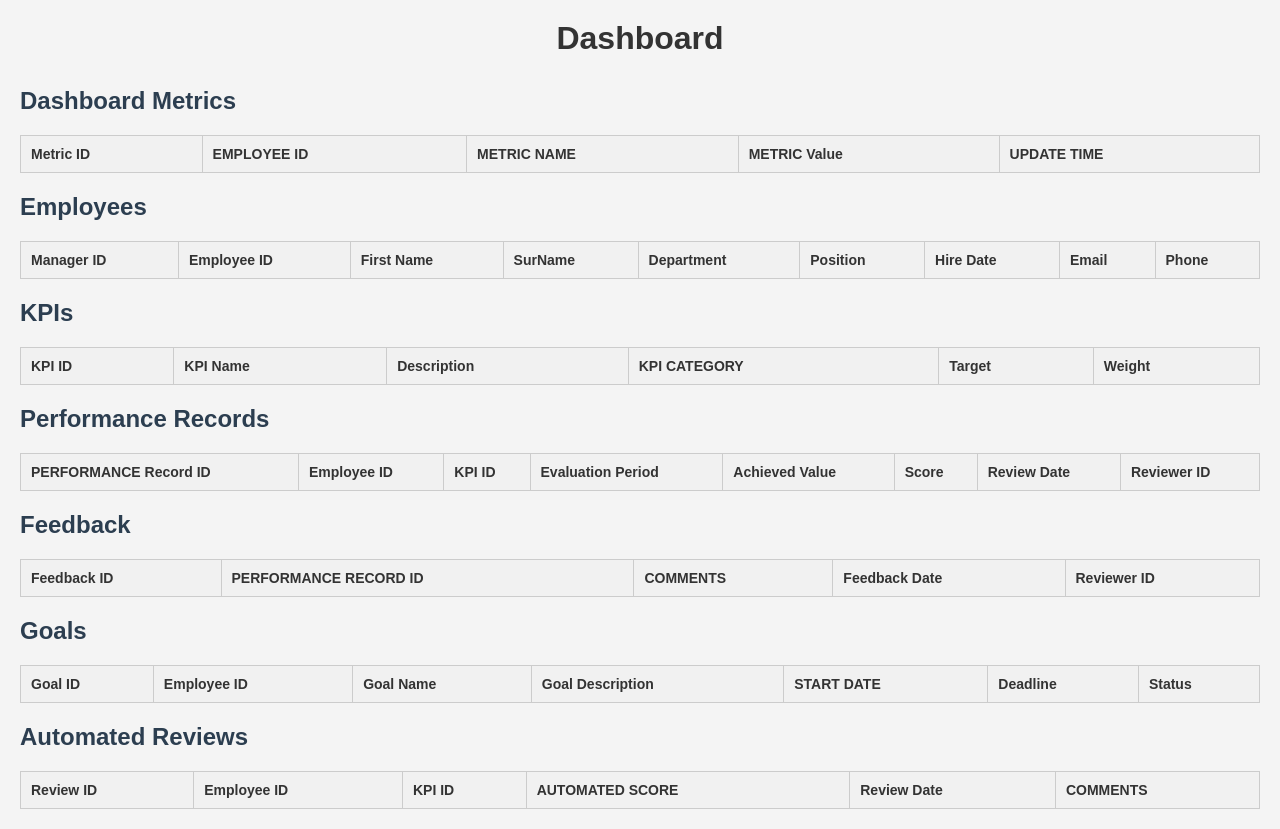
Repository: Wuda2000/Mongodb
Page: http://localhost/dashboard
These files come from the project's save history. The page is drawn as it stood at one moment and after a run of saves; the edit follows.
The browser window is 1280 px wide. The pictures show the whole page.
The page is served by the project's application, run on Flask 3 (app.py). Queries for data that is not in the repository find no rows.

Above is the page before, as saved 2024-11-11 18:58:56.

### templates/dashboard.html
<!DOCTYPE html>
<html lang="en">
<head>
    <meta charset="UTF-8">
    <meta name="viewport" content="width=device-width, initial-scale=1.0">
    <title>Dashboard</title>
    <link rel="stylesheet" href="{{ url_for('static', filename='styles.css') }}">
</head>
<body>
    <h1>Dashboard</h1>


    <!-- Dashboard Metrics Table -->
    <h2>Dashboard Metrics</h2>
    <table border="1">
        <thead>
            <tr>
                <th>Metric ID</th>
                <th>EMPLOYEE ID</th>
                <th>METRIC NAME</th>
                <th>METRIC Value</th>
                <th>UPDATE TIME</th>
            </tr>
        </thead>
        <tbody>
            {% for metric in dashboard_metrics %}
                <tr>
                    <td>{{ metric['metric_id'] }}</td>
                    <td>{{ metric['employee_id'] }}</td>
                    <td>{{ metric['metric_name'] }}</td>
                    <td>{{ metric['metric_value'] }}</td>
                    <td>{{ metric['update_time'] }}</td>
                </tr>
            {% endfor %}
        </tbody>
    </table>

    <!-- Employees Table -->
    <h2>Employees</h2>
    <table border="1">
        <thead>
            <tr>
                <th>Manager ID</th>
                <th>Employee ID</th>
                <th>First Name</th>
                <th>SurName</th>
                <th>Department</th>
                <th>Position</th>
                <th>Hire Date</th>
                <th>Email</th>
                <th>Phone</th>
            </tr>
        </thead>
        <tbody>
            {% for employee in employees %}
                <tr>
                    <td>{{ employee['manager_id'] }}</td>
                    <td>{{ employee['employee_id'] }}</td>
                    <td>{{ employee['first_name'] }}</td>
                    <td>{{ employee['last_name'] }}</td>
                    <td>{{ employee['department'] }}</td>
                    <td>{{ employee['position'] }}</td>
                    <td>{{ employee['date_hired'] }}</td>
                    <td>{{ employee['email'] }}</td>
                    <td>{{ employee['phone'] }}</td>
                </tr>
            {% endfor %}
        </tbody>
    </table>

    <!-- KPIs Table -->
    <h2>KPIs</h2>
    <table border="1">
        <thead>
            <tr>
                <th>KPI ID</th>
                <th>KPI Name</th>
                <th>Description</th>
                <th>KPI CATEGORY</th>
                <th>Target</th>
                <th>Weight</th>
            </tr>
        </thead>
        <tbody>
            {% for kpi in kpis %}
                <tr>
                    <td>{{ kpi['kpi_id'] }}</td>
                    <td>{{ kpi['kpi_name'] }}</td>
                    <td>{{ kpi['description'] }}</td>
                    <td>{{ kpi['kpi_category'] }}</td>
                    <td>{{ kpi['target_value'] }}</td>
                    <td>{{ kpi['weight'] }}</td>
                </tr>
            {% endfor %}
        </tbody>
    </table>

    <!-- Performance Records Table -->
    <h2>Performance Records</h2>
    <table border="1">
        <thead>
            <tr>
                <th>PERFORMANCE Record ID</th>
                <th>Employee ID</th>
                <th>KPI ID</th>
                <th>Evaluation Period</th>
                <th>Achieved Value</th>
                <th>Score</th>
                <th>Review Date</th>
                <th>Reviewer ID</th>
            </tr>
        </thead>
        <tbody>
            {% for record in performance_records %}
                <tr>
                    <td>{{ record['performance_record_id'] }}</td>
                    <td>{{ record['employee_id'] }}</td>
                    <td>{{ record['kpi_id'] }}</td>
                    <td>{{ record['evaluation_period'] }}</td>
                    <td>{{ record['achieved_value'] }}</td>
                    <td>{{ record['score'] }}</td>
                    <td>{{ record['review_date'] }}</td>
                    <td>{{ record['reviewer_id'] }}</td>
                </tr>
            {% endfor %}
        </tbody>
    </table>

    <!-- Feedback Table -->
    <h2>Feedback</h2>
    <table border="1">
        <thead>
            <tr>
                <th>Feedback ID</th>
                <th>PERFORMANCE RECORD ID</th>
                <th>COMMENTS</th>
                <th>Feedback Date</th>
                <th>Reviewer ID</th>
            </tr>
        </thead>
        <tbody>
            {% for feedback in feedbacks %}
                <tr>
                    <td>{{ feedback['feedback_id'] }}</td>
                    <td>{{ feedback['performance_record_id'] }}</td>
                    <td>{{ feedback['comments'] }}</td>
                    <td>{{ feedback['Feedback Date'] }}</td>
                    <td>{{ feedback['reviewer_id'] }}</td>
                </tr>
            {% endfor %}
        </tbody>
    </table>

    <!-- Goals Table -->
    <h2>Goals</h2>
    <table border="1">
        <thead>
            <tr>
                <th>Goal ID</th>
                <th>Employee ID</th>
                <th>Goal Name</th>
                <th>Goal Description</th>
                <th>START DATE</th>
                <th>Deadline</th>
                <th>Status</th>
            </tr>
        </thead>
        <tbody>
            {% for goal in goals %}
                <tr>
                    <td>{{ goal['goal_id'] }}</td>
                    <td>{{ goal['employee_id'] }}</td>
                    <td>{{ goal['kpi_id'] }}</td>
                    <td>{{ goal['goal_description'] }}</td>
                    <td>{{ goal['goal_start_date'] }}</td>
                    <td>{{ goal['goal_due_date'] }}</td>
                    <td>{{ goal['goal_status'] }}</td>
                </tr>
            {% endfor %}
        </tbody>
    </table>

    <!-- Automated Reviews Table -->
    <h2>Automated Reviews</h2>
    <table border="1">
        <thead>
            <tr>
                <th>Review ID</th>
                <th>Employee ID</th>
                <th>KPI ID</th>
                <th>AUTOMATED SCORE</th>
                <th>Review Date</th>
                <th>COMMENTS</th>
            </tr>
        </thead>
        <tbody>
            {% for review in automated_reviews %}
                <tr>
                    <td>{{ review['review_id'] }}</td>
                    <td>{{ review['employee_id'] }}</td>
                    <td>{{ review['kpi_id'] }}</td>
                    <td>{{ review['automated_score'] }}</td>
                    <td>{{ review['review_date'] }}</td>
                    <td>{{ review['comments'] }}</td>
                </tr>
            {% endfor %}
        </tbody>
    </table>



</body>
</html>

### app.py
from flask import Flask, render_template
from pymongo import MongoClient

app = Flask(__name__)

# Connect to MongoDB
client = MongoClient('mongodb://localhost:27017/')
db = client['companyDB']

# Access the collections
employees_collection = db['Employees']
kpis_collection = db['KPIs']
performance_records_collection = db['Performance Records']
feedback_collection = db['Feedback']
goals_collection = db['Goals']
automated_reviews_collection = db['Automated Reviews']
dashboard_metrics_collection = db['Dashboard Metrics']

# Route for the home page to display employees
@app.route('/')
def index():
    employees = list(employees_collection.find())
    return render_template('index.html', employees=employees)

# Route to display KPIs
@app.route('/kpis')
def display_kpis():
    kpis = list(kpis_collection.find())
    return render_template('kpis.html', kpis=kpis)

# Route to display Performance Records
@app.route('/performance-records')
def display_performance_records():
    performance_records = list(performance_records_collection.find())
    return render_template('performance_records.html', performance_records=performance_records)

# Route to display Feedback
@app.route('/feedback')
def display_feedback():
    feedbacks = list(feedback_collection.find())
    return render_template('feedback.html', feedbacks=feedbacks)

# Route to display Goals
@app.route('/goals')
def display_goals():
    goals = list(goals_collection.find())
    return render_template('goals.html', goals=goals)

# Route to display Automated Reviews
@app.route('/automated-reviews')
def display_automated_reviews():
    automated_reviews = list(automated_reviews_collection.find())
    return render_template('automated_reviews.html', automated_reviews=automated_reviews)

# Route to display Dashboard Metrics
@app.route('/dashboard-metrics')
def display_dashboard_metrics():
    dashboard_metrics = list(dashboard_metrics_collection.find())
    return render_template('dashboard_metrics.html', dashboard_metrics=dashboard_metrics)

# New route to display everything on one page (Dashboard)
@app.route('/dashboard')
def dashboard():
    # Fetch data from MongoDB collections
    employees = list(employees_collection.find())
    kpis = list(kpis_collection.find())
    performance_records = list(performance_records_collection.find())
    feedbacks = list(feedback_collection.find())
    goals = list(goals_collection.find())
    automated_reviews = list(automated_reviews_collection.find())
    dashboard_metrics = list(dashboard_metrics_collection.find())

    # Pass all data to the dashboard.html template
    return render_template('dashboard.html',
                           employees=employees,
                           kpis=kpis,
                           performance_records=performance_records,
                           feedbacks=feedbacks,
                           goals=goals,
                           automated_reviews=automated_reviews,
                           dashboard_metrics=dashboard_metrics)

if __name__ == '__main__':
    app.run(debug=True)

### static/styles.css
/* Basic reset */
* {
    margin: 0;
    padding: 0;
    box-sizing: border-box;
}

/* Body styling */
body {
    font-family: Arial, sans-serif;
    background-color: #f4f4f4;
    margin: 20px;
}

/* Header styling */
h1 {
    color: #333;
    text-align: center;
    margin-bottom: 30px;
}

h2 {
    color: #555;
    margin-top: 20px;
    font-size: 1.5em;
}

/* Table styling */

table {
    width: 100%;
    margin: 20px 0;
    border-collapse: collapse;
    background-color: white;
}

table, th, td {
    border: 1px solid #ccc;
    padding: 10px;
}

th {
    background-color: #f1f1f1;
    color: #333;
    text-align: left;
}

td {
    color: #555;
}

/* Table hover effect */
tr:hover {
    background-color: #f9f9f9;
}

/* Make sure the content is not too small */
table td, table th {
    font-size: 14px;
    word-wrap: break-word;
}

/* Make the page more readable */
table {
    max-width: 100%;
    overflow-x: auto;
}

h2 {
    font-size: 1.5em;
    color: #2c3e50;
}

After the next 5 saves:
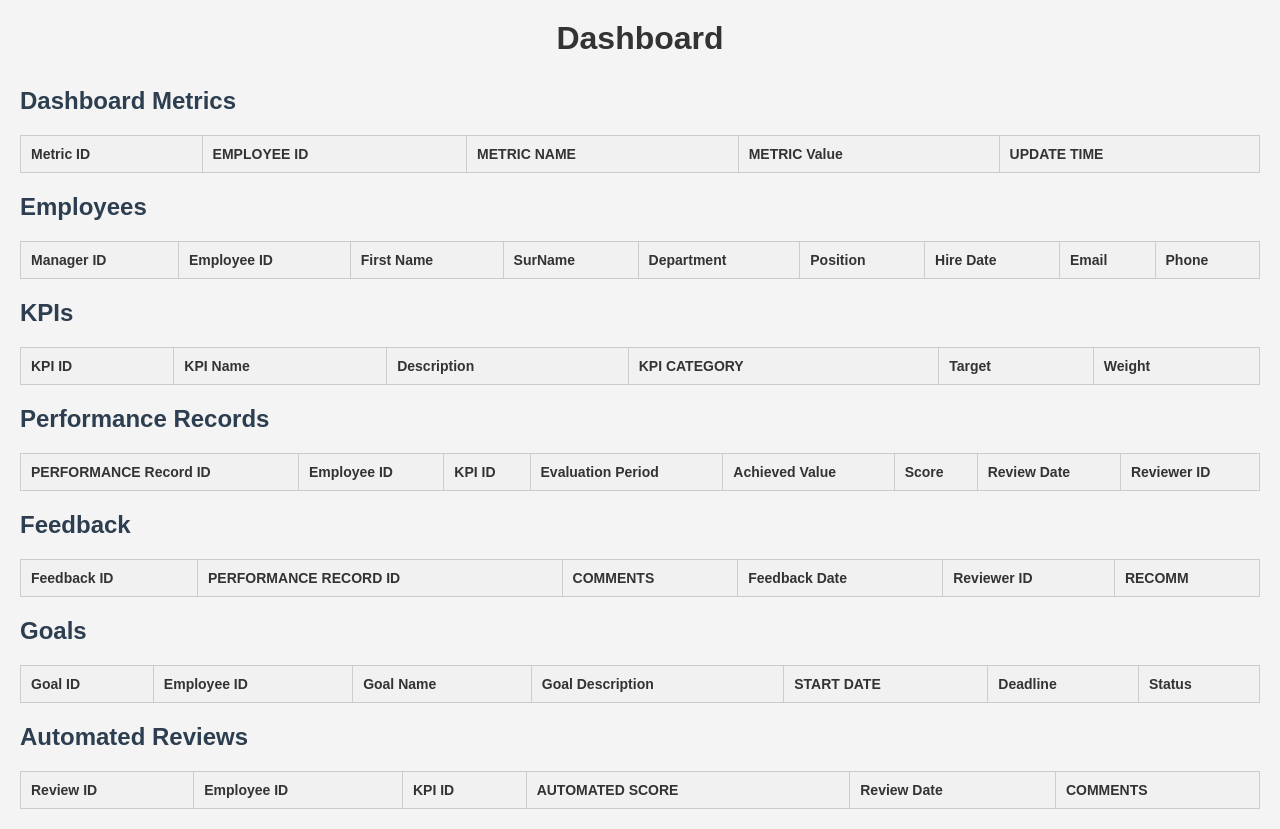
The 5 saves are shown as one change because they came seconds apart.
The last was saved 18 s later.
--- a/templates/dashboard.html
+++ b/templates/dashboard.html
@@ -136,6 +136,7 @@
                 <th>COMMENTS</th>
                 <th>Feedback Date</th>
                 <th>Reviewer ID</th>
+                <th>RECOMM</th>
             </tr>
         </thead>
         <tbody>
